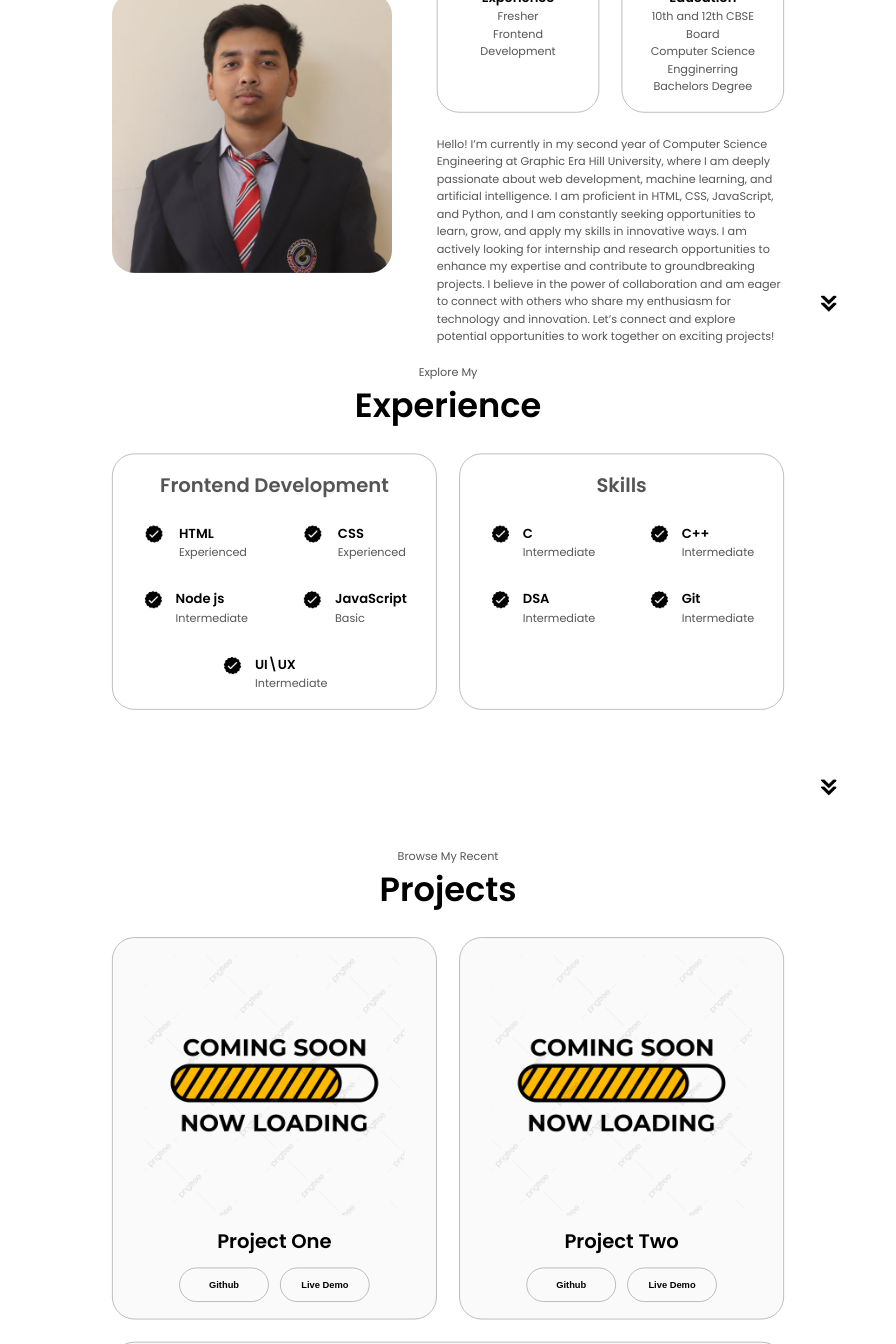
Repository: lastking001/html-css-js-portfolio
Page: index.html
An editor plug-in stored every save of this project. The page is shown before and after a run of saves, followed by the edit.
The browser window is 1280 px wide. The pictures show the part of the page from y = 1017 to 2937 px (the page is 4425 px tall), at 70% of full size.

Above is the page before, as saved 2024-07-21 16:23:17.

### index.html
<!DOCTYPE html>
<html lang="en">
  <head>
    <meta charset="UTF-8" />
    <meta http-equiv="X-UA-Compatible" content="IE=edge" />
    <meta name="viewport" content="width=device-width, initial-scale=1.0" />
    <title>My Portfolio</title>
    <link rel="stylesheet" href="style.css" />
    <link rel="stylesheet" href="mediaqueries.css" />
  </head>
  <body>
    <nav id="desktop-nav">
      <div class="logo">Yashu Jaiswal</div>
      <div>
        <ul class="nav-links">
          <li><a href="#about">About</a></li>
          <li><a href="#experience">Experience</a></li>
          <li><a href="#projects">Projects</a></li>
          <li><a href="#contact">Contact</a></li>
        </ul>
      </div>
    </nav>
    <nav id="hamburger-nav">
      <div class="logo">yashu jaiswal</div>
      <div class="hamburger-menu">
        <div class="hamburger-icon" onclick="toggleMenu()">
          <span></span>
          <span></span>
          <span></span>
        </div>
        <div class="menu-links">
          <li><a href="#about" onclick="toggleMenu()">About</a></li>
          <li><a href="#experience" onclick="toggleMenu()">Experience</a></li>
          <li><a href="#projects" onclick="toggleMenu()">Projects</a></li>
          <li><a href="#contact" onclick="toggleMenu()">Contact</a></li>
        </div>
      </div>
    </nav>
    <section id="profile">
      <div class="section__pic-container">
        <img src="./assets/profile-pic-3.jpg" alt="yashu jaiswal profile picture" />
      </div>
      <div class="section__text">
        <p class="section__text__p1">Hello, I'm</p>
        <h1 class="title">Yashu Jaiswal</h1>
        <p class="section__text__p2">Frontend and Python Developer</p>
        <div class="btn-container">
          <button
            class="btn btn-color-2"
            onclick="window.open('./assets/resume-example.pdf')"
          >
            Download CV
          </button>
          <button class="btn btn-color-1" onclick="location.href='./#contact'">
            Contact Info
          </button>
        </div>
        <div id="socials-container">
          <img
            src="./assets/linkedin.png"
            alt="My LinkedIn profile"
            class="icon"
            onclick="location.href='https:www.linkedin.com/in/yashu-kumar-jaiswal'"/>
          <img
            src="./assets/github.png"
            alt="My Github profile"
            class="icon"
            onclick="location.href='https/github.com/lastking001'"
          />
        </div>
      </div>
    </section>
    <section id="about">
      <p class="section__text__p1">Get To Know More</p>
      <h1 class="title">About Me</h1>
      <div class="section-container">
        <div class="section__pic-container">
          <img
            src="./assets/about-pic.jpg"
            alt="Profile picture"
            class="about-pic"
          />
        </div>
        <div class="about-details-container">
          <div class="about-containers">
            <div class="details-container">
              <img
                src="./assets/experience.png"
                alt="Experience icon"
                class="icon"
              />
              <h3>Experience</h3>
              <p>Fresher <br />Frontend Development</p>
            </div>
            <div class="details-container">
              <img
                src="./assets/education.png"
                alt="Education icon"
                class="icon"
              />
              <h3>Education</h3>
              <p>10th and 12th CBSE Board<br />Computer Science Engginerring Bachelors Degree</p>
            </div>
          </div>
          <div class="text-container">
            <p>
                Hello! I’m currently in my second year of Computer Science Engineering at Graphic Era Hill University,
                where I am deeply passionate about web development, machine learning, and artificial intelligence. I am proficient in HTML, CSS, JavaScript, and Python,
                and I am constantly seeking opportunities to learn, grow, and apply my skills in innovative ways.

                I am actively looking for internship and research opportunities to enhance my expertise and contribute to groundbreaking projects.
                I believe in the power of collaboration and am eager to connect with others who share my enthusiasm for technology and innovation.
                 Let’s connect and explore potential opportunities to work together on exciting projects!
            </p>
          </div>
        </div>
      </div>
      <img
        src="./assets/arrow.png"
        alt="Arrow icon"
        class="icon arrow"
        onclick="location.href='./#experience'"
      />
    </section>
    <section id="experience">
      <p class="section__text__p1">Explore My</p>
      <h1 class="title">Experience</h1>
      <div class="experience-details-container">
        <div class="about-containers">
          <div class="details-container">
            <h2 class="experience-sub-title">Frontend Development</h2>
            <div class="article-container">
              <article>
                <img
                  src="./assets/checkmark.png"
                  alt="Experience icon"
                  class="icon"
                />
                <div>
                  <h3>HTML</h3>
                  <p>Experienced</p>
                </div>
              </article>
              <article>
                <img
                  src="./assets/checkmark.png"
                  alt="Experience icon"
                  class="icon"
                />
                <div>
                  <h3>CSS</h3>
                  <p>Experienced</p>
                </div>
              </article>
              <article>
                <img
                  src="./assets/checkmark.png"
                  alt="Experience icon"
                  class="icon"
                />
                <div>
                  <h3>Node js</h3>
                  <p>Intermediate</p>
                </div>
              </article>
              <article>
                <img
                  src="./assets/checkmark.png"
                  alt="Experience icon"
                  class="icon"
                />
                <div>
                  <h3>JavaScript</h3>
                  <p>Basic</p>
                </div>
              </article>
              <article>

              <article>
                <img
                  src="./assets/checkmark.png"
                  alt="Experience icon"
                  class="icon"
                />
                <div>
                  <h3>UI\UX</h3>
                  <p>Intermediate</p>
                </div>
              </article>
            </div>
          </div>
          <div class="details-container">
            <h2 class="experience-sub-title">Skills</h2>
            <div class="article-container">
              <article>
                <img
                  src="./assets/checkmark.png"
                  alt="Experience icon"
                  class="icon"
                />
                <div>
                  <h3>C</h3>
                  <p>Intermediate</p>
                </div>
              </article>
              <article>
                <img
                  src="./assets/checkmark.png"
                  alt="Experience icon"
                  class="icon"
                />
                <div>
                  <h3>C++</h3>
                  <p>Intermediate</p>
                </div>
              </article>
              <article>
                <img
                  src="./assets/checkmark.png"
                  alt="Experience icon"
                  class="icon"
                />
                <div>
                  <h3>DSA</h3>
                  <p>Intermediate</p>
                </div>
              </article>
              <article>
                <img
                  src="./assets/checkmark.png"
                  alt="Experience icon"
                  class="icon"
                />
                <div>
                  <h3>Git</h3>
                  <p>Intermediate</p>
                </div>
              </article>
            </div>
          </div>
        </div>
      </div>
      <img
        src="./assets/arrow.png"
        alt="Arrow icon"
        class="icon arrow"
        onclick="location.href='./#projects'"
      />
    </section>
    <section id="projects">
      <p class="section__text__p1">Browse My Recent</p>
      <h1 class="title">Projects</h1>
      <div class="experience-details-container">
        <div class="about-containers">
          <div class="details-container color-container">
            <div class="article-container">
              <img
                src="./assets/project-1.png"
                alt="Project 1"
                class="project-img"
              />
            </div>
            <h2 class="experience-sub-title project-title">Project One</h2>
            <div class="btn-container">
              <button
                class="btn btn-color-2 project-btn"
                onclick="location.href='https://github.com/'"
              >
                Github
              </button>
              <button
                class="btn btn-color-2 project-btn"
                onclick="location.href='https://github.com/'"
              >
                Live Demo
              </button>
            </div>
          </div>
          <div class="details-container color-container">
            <div class="article-container">
              <img
                src="./assets/project-2.png"
                alt="Project 2"
                class="project-img"
              />
            </div>
            <h2 class="experience-sub-title project-title">Project Two</h2>
            <div class="btn-container">
              <button
                class="btn btn-color-2 project-btn"
                onclick="location.href='https://github.com/'"
              >
                Github
              </button>
              <button
                class="btn btn-color-2 project-btn"
                onclick="location.href='https://github.com/'"
              >
                Live Demo
              </button>
            </div>
          </div>
          <div class="details-container color-container">
            <div class="article-container">
              <img
                src="./assets/project-3.png"
                alt="Project 3"
                class="project-img"
              />
            </div>
            <h2 class="experience-sub-title project-title">Project Three</h2>
            <div class="btn-container">
              <button
                class="btn btn-color-2 project-btn"
                onclick="location.href='https://github.com/'"
              >
                Github
              </button>
              <button
                class="btn btn-color-2 project-btn"
                onclick="location.href='https://github.com/'"
              >
                Live Demo
              </button>
            </div>
          </div>
        </div>
      </div>
      <img
        src="./assets/arrow.png"
        alt="Arrow icon"
        class="icon arrow"
        onclick="location.href='./#contact'"
      />
    </section>
    <section id="contact">
      <p class="section__text__p1">Get in Touch</p>
      <h1 class="title">Contact Me</h1>
      <div class="contact-info-upper-container">
        <div class="contact-info-container">
          <img
            src="./assets/email.png"
            alt="Email icon"
            class="icon contact-icon email-icon"
          />
          <p><a href="yashujaiswal101@gmail.com">yashujaiswal101gmail.com</a></p>
        </div>
        <div class="contact-info-container">
          <img
            src="./assets/linkedin.png"
            alt="LinkedIn icon"
            class="icon contact-icon"
          />
          <p><a href="https://www.linkedin.com/in/yashu-kumar-jaiswal/">LinkedIn</a></p>
        </div>
      </div>
    </section>
    <footer>
      <nav>
        <div class="nav-links-container">
          <ul class="nav-links">
            <li><a href="#about">About</a></li>
            <li><a href="#experience">Experience</a></li>
            <li><a href="#projects">Projects</a></li>
            <li><a href="#contact">Contact</a></li>
          </ul>
        </div>
      </nav>
      <p>Copyright 2024 Yashu Jaiswal. All Rights Reserved.</p>
    </footer>
    <script src="script.js"></script>
  </body>
</html>

### style.css
/* GENERAL */

@import url("https://fonts.googleapis.com/css2?family=Poppins:wght@300;400;500;600&display=swap");

* {
  margin: 0;
  padding: 0;
}

body {
  font-family: "Poppins", sans-serif;
}

html {
  scroll-behavior: smooth;
}

p {
  color: rgb(85, 85, 85);
}

/* TRANSITION */

a,
.btn {
  transition: all 300ms ease;
}

/* DESKTOP NAV */

nav,
.nav-links {
  display: flex;
}

nav {
  justify-content: space-around;
  align-items: center;
  height: 17vh;
}

.nav-links {
  gap: 2rem;
  list-style: none;
  font-size: 1.5rem;
}

a {
  color: black;
  text-decoration: none;
  text-decoration-color: white;
}

a:hover {
  color: grey;
  text-decoration: underline;
  text-underline-offset: 1rem;
  text-decoration-color: rgb(181, 181, 181);
}

.logo {
  font-size: 2rem;
}

.logo:hover {
  cursor: default;
}

/* HAMBURGER MENU */

#hamburger-nav {
  display: none;
}

.hamburger-menu {
  position: relative;
  display: inline-block;
}

.hamburger-icon {
  display: flex;
  flex-direction: column;
  justify-content: space-between;
  height: 24px;
  width: 30px;
  cursor: pointer;
}

.hamburger-icon span {
  width: 100%;
  height: 2px;
  background-color: black;
  transition: all 0.3 ease-in-out;
}

.menu-links {
  position: absolute;
  top: 100%;
  right: 0;
  background-color: white;
  width: fit-content;
  max-height: 0;
  overflow: hidden;
  transition: all 0.3 ease-in-out;
}

.menu-links a {
  display: block;
  padding: 10px;
  text-align: center;
  font-size: 1.5rem;
  color: black;
  text-decoration: none;
  transition: all 0.3 ease-in-out;
}

.menu-links li {
  list-style: none;
}

.menu-links.open {
  max-height: 300px;
}

.hamburger-icon.open span:first-child {
  transform: rotate(45deg) translate(10px, 5px);
}

.hamburger-icon.open span:nth-child(2) {
  opacity: 0;
}

.hamburger-icon.open span:last-child {
  transform: rotate(-45deg) translate(10px, -5px);
}

.hamburger-icon span:first-child {
  transform: none;
}

.hamburger-icon span:first-child {
  opacity: 1;
}

.hamburger-icon span:first-child {
  transform: none;
}

/* SECTIONS */

section {
  padding-top: 4vh;
  height: 96vh;
  margin: 0 10rem;
  box-sizing: border-box;
  min-height: fit-content;
}

.section-container {
  display: flex;
}

/* PROFILE SECTION */

#profile {
  display: flex;
  justify-content: center;
  gap: 5rem;
  height: 80vh;
}

.section__pic-container {
  display: flex;
  height: 400px;
  width: 400px;
  margin: auto 0;
}

.section__text {
  align-self: center;
  text-align: center;
}

.section__text p {
  font-weight: 600;
}

.section__text__p1 {
  text-align: center;
}

.section__text__p2 {
  font-size: 1.75rem;
  margin-bottom: 1rem;
}

.title {
  font-size: 3rem;
  text-align: center;
}

#socials-container {
  display: flex;
  justify-content: center;
  margin-top: 1rem;
  gap: 1rem;
}

/* ICONS */

.icon {
  cursor: pointer;
  height: 2rem;
}

/* BUTTONS */

.btn-container {
  display: flex;
  justify-content: center;
  gap: 1rem;
}

.btn {
  font-weight: 600;
  transition: all 300ms ease;
  padding: 1rem;
  width: 8rem;
  border-radius: 2rem;
}

.btn-color-1,
.btn-color-2 {
  border: rgb(53, 53, 53) 0.1rem solid;
}

.btn-color-1:hover,
.btn-color-2:hover {
  cursor: pointer;
}

.btn-color-1,
.btn-color-2:hover {
  background: rgb(53, 53, 53);
  color: white;
}

.btn-color-1:hover {
  background: rgb(0, 0, 0);
}

.btn-color-2 {
  background: none;
}

.btn-color-2:hover {
  border: rgb(255, 255, 255) 0.1rem solid;
}

.btn-container {
  gap: 1rem;
}

/* ABOUT SECTION */

#about {
  position: relative;
}

.about-containers {
  gap: 2rem;
  margin-bottom: 2rem;
  margin-top: 2rem;
}

.about-details-container {
  justify-content: center;
  flex-direction: column;
}

.about-containers,
.about-details-container {
  display: flex;
}

.about-pic {
  border-radius: 2rem;
}

.arrow {
  position: absolute;
  right: -5rem;
  bottom: 2.5rem;
}

.details-container {
  padding: 1.5rem;
  flex: 1;
  background: white;
  border-radius: 2rem;
  border: rgb(53, 53, 53) 0.1rem solid;
  border-color: rgb(163, 163, 163);
  text-align: center;
}

.section-container {
  gap: 4rem;
  height: 80%;
}

.section__pic-container {
  height: 400px;
  width: 400px;
  margin: auto 0;
}

/* EXPERIENCE SECTION */

#experience {
  position: relative;
}

.experience-sub-title {
  color: rgb(85, 85, 85);
  font-weight: 600;
  font-size: 1.75rem;
  margin-bottom: 2rem;
}

.experience-details-container {
  display: flex;
  justify-content: center;
  flex-direction: column;
}

.article-container {
  display: flex;
  text-align: initial;
  flex-wrap: wrap;
  flex-direction: row;
  gap: 2.5rem;
  justify-content: space-around;
}

article {
  display: flex;
  width: 10rem;
  justify-content: space-around;
  gap: 0.5rem;
}

article .icon {
  cursor: default;
}

/* PROJECTS SECTION */

#projects {
  position: relative;
}

.color-container {
  border-color: rgb(163, 163, 163);
  background: rgb(250, 250, 250);
}

.project-img {
  border-radius: 2rem;
  width: 90%;
  height: 90%;
}

.project-title {
  margin: 1rem;
  color: black;
}

.project-btn {
  color: black;
  border-color: rgb(163, 163, 163);
}

/* CONTACT */

#contact {
  display: flex;
  justify-content: center;
  flex-direction: column;
  height: 70vh;
}

.contact-info-upper-container {
  display: flex;
  justify-content: center;
  border-radius: 2rem;
  border: rgb(53, 53, 53) 0.1rem solid;
  border-color: rgb(163, 163, 163);
  background: (250, 250, 250);
  margin: 2rem auto;
  padding: 0.5rem;
}

.contact-info-container {
  display: flex;
  align-items: center;
  justify-content: center;
  gap: 0.5rem;
  margin: 1rem;
}

.contact-info-container p {
  font-size: larger;
}

.contact-icon {
  cursor: default;
}

.email-icon {
  height: 2.5rem;
}

/* FOOTER SECTION */

footer {
  height: 26vh;
  margin: 0 1rem;
}

footer p {
  text-align: center;
}

### mediaqueries.css
@media screen and (max-width: 1400px) {
    #profile {
      height: 83vh;
      margin-bottom: 6rem;
    }
    .about-containers {
      flex-wrap: wrap;
    }
    #contact,
    #projects {
      height: fit-content;
    }
  }

  @media screen and (max-width: 1200px) {
    #desktop-nav {
      display: none;
    }
    #hamburger-nav {
      display: flex;
    }
    #experience,
    .experience-details-container {
      margin-top: 2rem;
    }
    #profile,
    .section-container {
      display: block;
    }
    .arrow {
      display: none;
    }
    section,
    .section-container {
      height: fit-content;
    }
    section {
      margin: 0 5%;
    }
    .section__pic-container {
      width: 275px;
      height: 275px;
      margin: 0 auto 2rem;
    }
    .about-containers {
      margin-top: 0;
    }
  }

  @media screen and (max-width: 600px) {
    #contact,
    footer {
      height: 40vh;
    }
    #profile {
      height: 83vh;
      margin-bottom: 0;
    }
    article {
      font-size: 1rem;
    }
    footer nav {
      height: fit-content;
      margin-bottom: 2rem;
    }
    .about-containers,
    .contact-info-upper-container,
    .btn-container {
      flex-wrap: wrap;
    }
    .contact-info-container {
      margin: 0;
    }
    .contact-info-container p,
    .nav-links li a {
      font-size: 1rem;
    }
    .experience-sub-title {
      font-size: 1.25rem;
    }
    .logo {
      font-size: 1.5rem;
    }
    .nav-links {
      flex-direction: column;
      gap: 0.5rem;
      text-align: center;
    }
    .section__pic-container {
      width: auto;
      height: 46vw;
      justify-content: center;
    }
    .section__text__p2 {
      font-size: 1.25rem;
    }
    .title {
      font-size: 2rem;
    }
    .text-container {
      text-align: justify;
    }
  }

Loaded but not shown: script.js (common file)

After the next 3 saves:
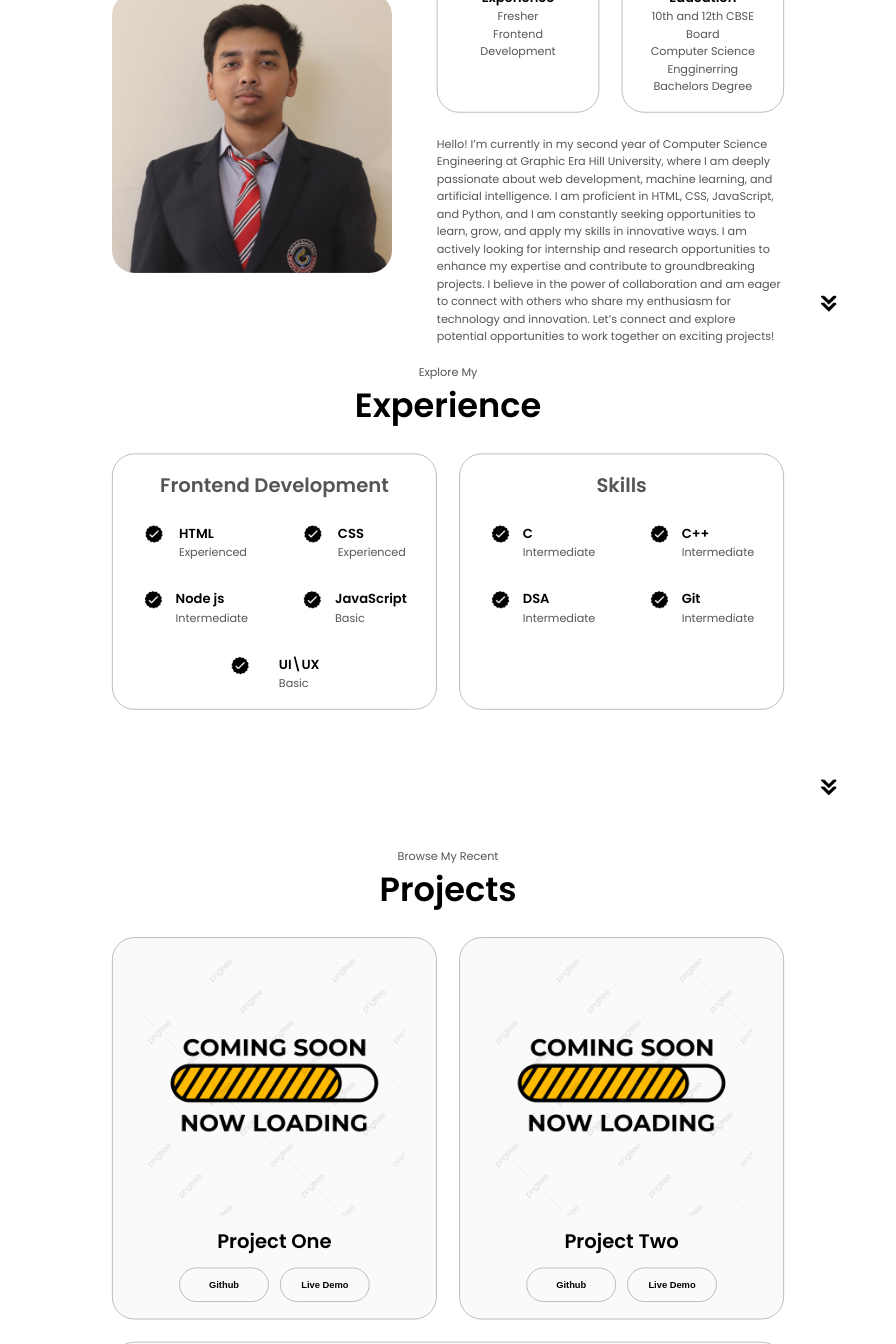
The 3 saves are shown as one change because they came seconds apart.
The last was saved 54 s later.
--- a/index.html
+++ b/index.html
@@ -65,7 +65,7 @@
             src="./assets/github.png"
             alt="My Github profile"
             class="icon"
-            onclick="location.href='https/github.com/lastking001'"
+            onclick="location.href='https:/github.com/lastking001'"
           />
         </div>
       </div>
@@ -184,7 +184,7 @@
                 />
                 <div>
                   <h3>UI\UX</h3>
-                  <p>Intermediate</p>
+                  <p>Basic</p>
                 </div>
               </article>
             </div>
